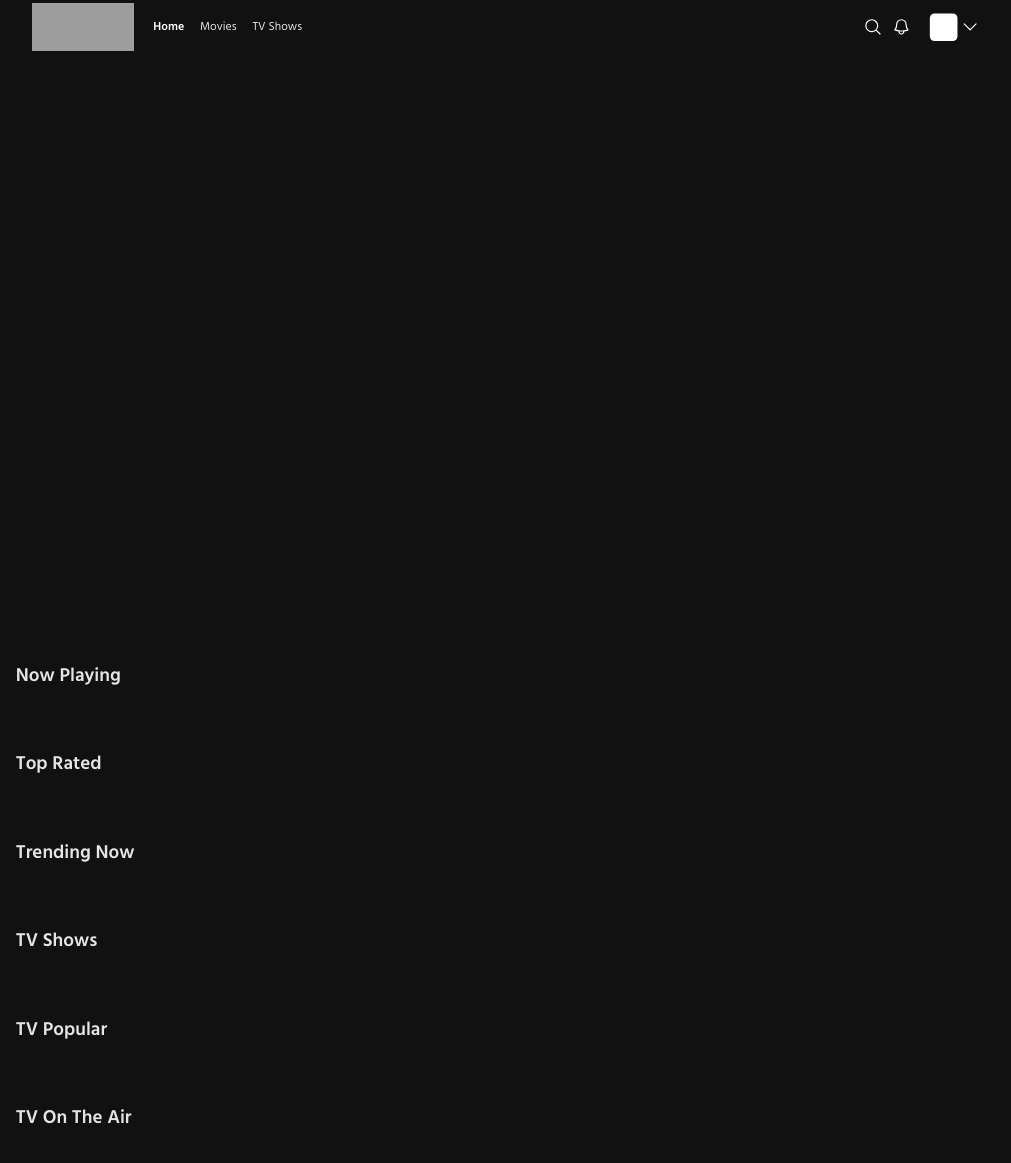
Repository: quynguyenn97/react-movie-app
Page: /
The author's editor kept a copy of each file at every save. The page is drawn from the files as they stood at one save, then again after the next save.
The browser window is 1280 px wide. The pictures show the part of the page from y = 0 to 1472 px (the page is 2012 px tall before and 1972 px after), at 79% of full size.
Pictures or frames that could not be fetched are drawn as grey boxes. The page's requests for data from a server got no answer. The project was rebuilt for these pictures with package versions that can differ from the ones it lists, and the page was loaded fresh each time. No one was signed in, and anything a server would have sent is missing. Also part of the build but not shown: src/banner/Banner.scss, src/hook/useDebounce.js, src/components/button/Button.js, src/components/shows/ShowsCard.js, src/pages/ShowPage.js, src/pages/ShowDetailPage.js, src/components/movie/MovieCard.scss.

Above is the page before, as saved 2022-10-19 18:46:28.

After the next save:
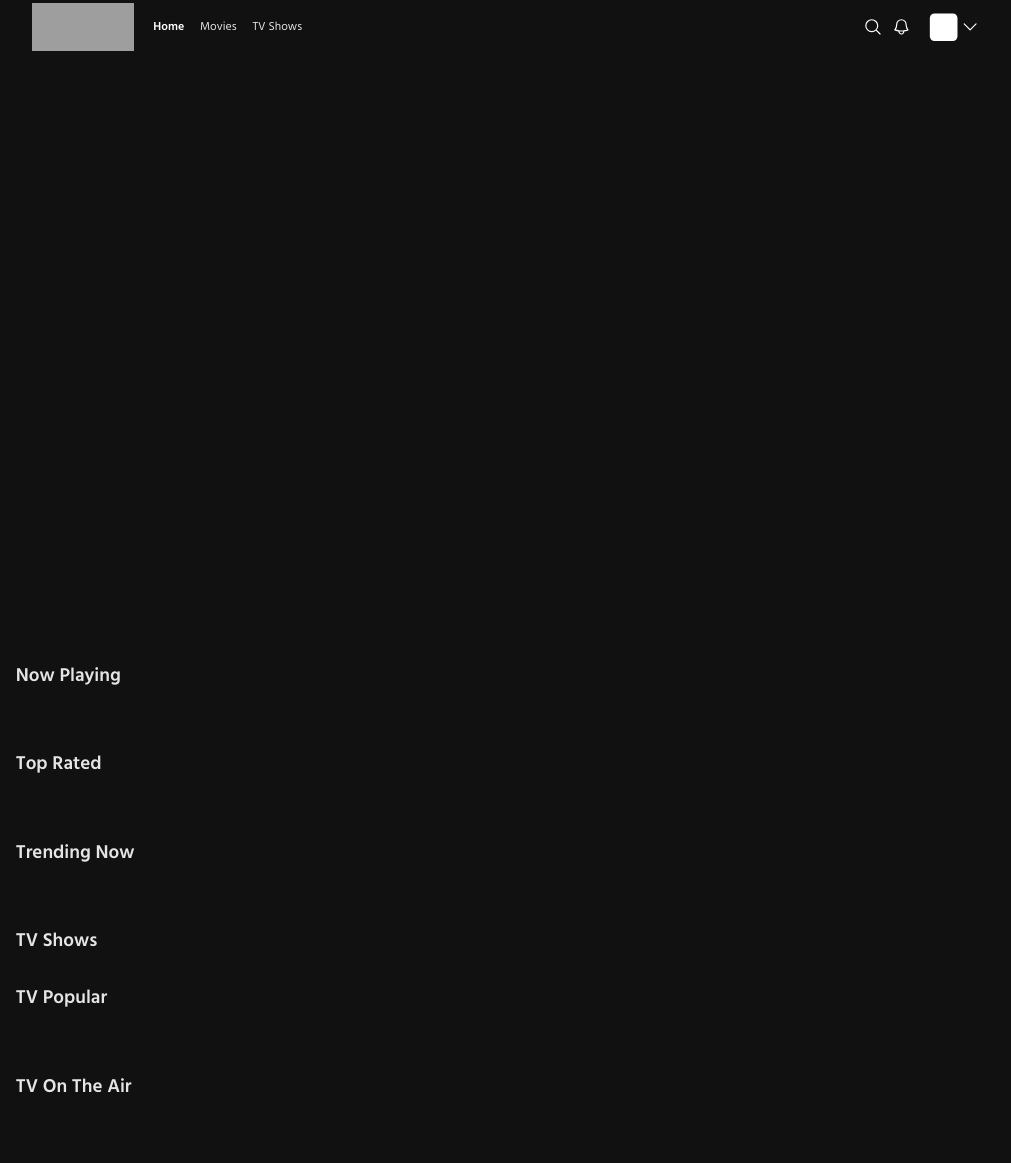
Saved 104 s later.
--- a/src/pages/HomePage.js
+++ b/src/pages/HomePage.js
@@ -25,7 +25,7 @@ const HomePage = () => {
                 <MovieList type="popular"></MovieList>
             </section>
 
-            <section className="movies-layout px-5 pb-20">
+            <section className="movies-layout px-5 pb-10">
                 <h2 className="text-[#e5e5e5] capitalizetext-2xl sm:text-2xl font-bold">
                     TV Shows
                 </h2>
